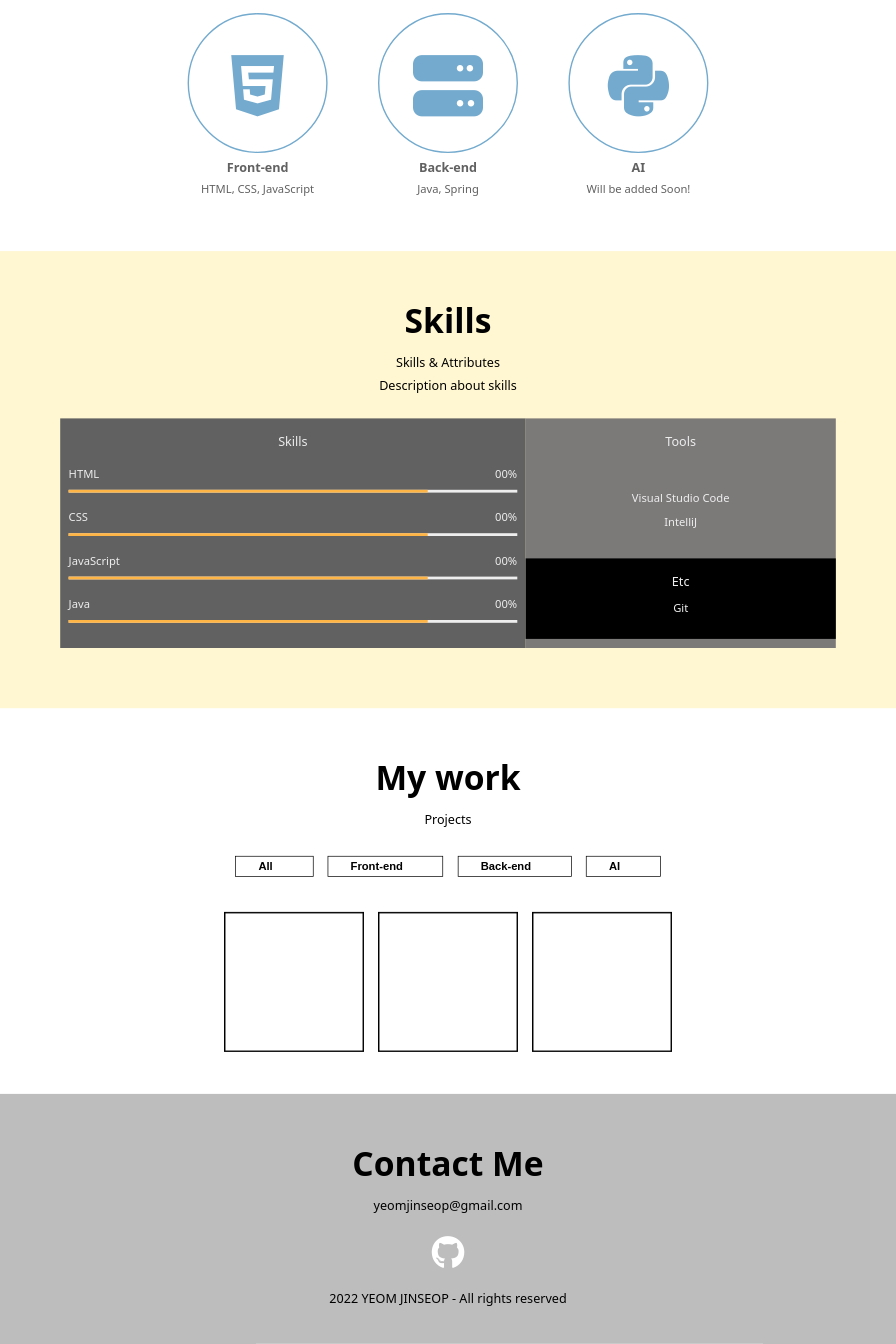
Repository: YEOMJINSEOP/yeomjinseop.github.io
Page: index.html
The author's editor kept a copy of each file at every save. The page is drawn from the files as they stood at one save, then again after the next save.
The browser window is 1280 px wide. The pictures show the part of the page from y = 804 to 2724 px (the page is 2724 px tall), at 70% of full size.
After loading, the first visible `div.work__categories` was clicked once.
Some web libraries are served in a nearby version.

Above is the page before, as saved 2022-08-15 21:30:59.

### index.html
<!DOCTYPE html>
<html lang="en">
<head>
  <meta charset="UTF-8">
  <meta http-equiv="X-UA-Compatible" content="IE=edge">
  <meta name="viewport" content="width=device-width, initial-scale=1.0">
  <title>Jinseop's Portfolio</title>
  <meta name="author" content="Jinseop Yeom">
  <meta name="description" content="Portfolio Website For Jinseop Yeom">

  <!--Logo Image-->
  <link rel="icon" type="image/png" href="images/favicon.png">


  <!--Font Awesome-->
  <script src="https://kit.fontawesome.com/d24b25bb21.js" crossorigin="anonymous"></script>

  <!--Google Fonts-->
  <link rel="preconnect" href="https://fonts.googleapis.com">
  <link rel="preconnect" href="https://fonts.gstatic.com" crossorigin>
  <link href="https://fonts.googleapis.com/css2?family=Open+Sans:wght@400;600;700&display=swap" rel="stylesheet">

  <!--CSS-->
  <link rel="stylesheet" href="style.css">

  <!--JavaScript-->
  <script src="main.js" defer></script>

</head>
<body>
  <!--Navbar-->
  <nav id="navbar">
    <div class="navbar__logo">
      <i class="fa-solid fa-utensils"></i>
      <a href="#">Yeom JinSeop</a>
    </div>
    <div>
      <ul class="navbar__menu">
        <li class="navbar__menu__item active" data-link = "#home">Home</li>
        <li class="navbar__menu__item" data-link = "#about">About</li>
        <li class="navbar__menu__item" data-link = "#skills">Skill</li>
        <li class="navbar__menu__item" data-link = "#work">My work</li>
        <li class="navbar__menu__item" data-link = "#contact">Contact</li>
      </ul>
    </div>

      <!-- Toggle button -->
  <button class="toggle__button">
    <i class="fa-solid fa-bars"></i>
  </button>
  </nav>

  <!-- Home -->
  <section id="home" class="section">
    <div class="home__container">
      <img src="/images/whileimage.png" alt="Jinseop's image" class="home__avatar">
      <h1 class="home__title">Welcome! <br/> Jinseop's Portfolio</h1>
      <h3 class="home__description">Type Home Description Here.</h3>
      <button class="home__button">Contact Me</button>
    </div>
  </section>

  <!--About-->
  <section id="about" class="section">
    <div class="section__container">
      <h1>About me</h1>
      <p>Wrtie about me here.</p>

      <div class="about__majors">

        <div class="major">
          <div class="major__icon">
            <i class="fa-brands fa-html5"></i>
          </div>
          <div class="major__title">
            Front-end
          </div>
          <div class="major__description">
            HTML, CSS, JavaScript
          </div>
        </div>

        <div class="major">
          <div class="major__icon">
            <i class="fa-solid fa-server"></i>
          </div>
          <div class="major__title">
            Back-end
          </div>
          <div class="major__description">
            Java, Spring
          </div>
        </div>


        <div class="major">
          <div class="major__icon">
            <i class="fa-brands fa-python"></i>
          </div>
          <div class="major__title">
            AI
          </div>
          <div class="major__description">
            Will be added Soon!
          </div>
        </div>

      </div>
    </div>
  </section>

  <!--Skills-->
  <section id="skills" class="section">
    <div class="section__container">
      <h1>Skills</h1>
    <h3>Skills & Attributes</h3>
    <p>Description about skills</p>
    <div class="skillset">
      <div class="skillset__left">
        <h3 class="skillset__title">Skills</h3>
        <div class="skill">
          <div class="skill__description">
            <span>HTML</span>
            <span>00%</span>
          </div>

          <div class="skill__bar">
            <div class="skill__value"></div>
          </div>
        </div>

        <div class="skill">
          <div class="skill__description">
            <span>CSS</span>
            <span>00%</span>
          </div>

          <div class="skill__bar">
            <div class="skill__value"></div>
          </div>

          <div class="skill">
            <div class="skill__description">
              <span>JavaScript</span>
              <span>00%</span>
            </div>

            <div class="skill__bar">
              <div class="skill__value"></div>
            </div>
          </div>
        </div>

        <div class="skill">
          <div class="skill__description">
            <span>Java</span>
            <span>00%</span>
          </div>

          <div class="skill__bar">
            <div class="skill__value"></div>
          </div>
        </div>
      </div>

      <div class="skillset__right">
        <div class="tools">
          <h3 class="skillset__title">Tools</h3>
          <ul class="tools__list">
            <li><span>Visual Studio Code</span></li>
            <li><span>IntelliJ</span></li>
          </ul>
        </div>

        <div class="etc">
          <h3 class="skillset__title">Etc</h3>
          <ul class="etc__list">
            <li><span>Git</span></li>
          </ul>
        </div>
      </div>
    </div>
    </div>
  </section>

  <!--Work-->
  <section id="work" class="section">
   <div class="section__container">
    <h1>My work</h1>
    <h3>Projects</h3>
    <div class="work__categories">
      <button class="category__btn" data-filter="*">All<span class="category__count">3</span></button>
      <button class="category__btn" data-filter="front-end">Front-end<span class="category__count">1</span></button>
      <button class="category__btn" data-filter="back-end">Back-end<span class="category__count">1</span></button>
      <button class="category__btn" data-filter="ai">AI<span class="category__count">1</span></button>
    </div>

    <div class="work__projects">
      <a href="#" class="project" data-type="front-end" target="blank">
        <img src="images/whileimage.png" alt="project image" class="project__image">
        <div class="project__description">
          <h3>Project Name</h3>
          <span>Description about Project</span>
        </div>
      </a>

      <a href="#" class="project" data-type="back-end" target="blank">
        <img src="images/whileimage.png" alt="project image" class="project__image">
        <div class="project__description">
          <h3>Project Name</h3>
          <span>Description about Project</span>
        </div>
      </a>

      <a href="#" class="project" data-type="ai" target="blank">
        <img src="images/whileimage.png" alt="project image" class="project__image">
        <div class="project__description">
          <h3>Project Name</h3>
          <span>Description about Project</span>
        </div>
      </a>
    </div>
   </div>
  </section>

  <!--Testimonial-->
  <!-- <section id="testimonial" class="section">
    <h1>Testimonial</h1>
    <h3>See What They Say About Me</h3>
    <div class="testimonials">
      <div class="testimonial">
        <img src="" alt="Person Image" class="testimonial__avatar">
        <div class="testimonial__speech_bubble">
          <p>Recommendation Talk Here.</p>
          <p class="name"><a href="#">Professor A</a></p>
        </div>
      </div>

      <div class="testimonial">
        <img src="" alt="Person Image" class="testimonial__avatar">
        <div class="testimonial__speech_bubble">
          <p>Recommendation Talk Here.</p>
          <p class="name"><a href="#">Professor A</a></p>
        </div>
      </div>
    </div>
  </section> -->

  <!--Contact-->
  <section id="contact" class="section">
    <h1>Contact Me</h1>
    <h3>yeomjinseop@gmail.com</h3>
    <div class="contact_links">
      <a href="https://github.com/YEOMJINSEOP" target="blank">
        <i class = "fab fa-github"></i>
      </a>
    </div>
    <p class="contact_rights">
      2022 YEOM JINSEOP - All rights reserved
    </p>
  </section>

  <!-- Arrow-up Button -->
  <button class="arrow_up">
    <i class="fa-solid fa-arrow-up"></i>
  </button>
</body>
</html>

### style.css
 /* Global */

 :root{
  /* Color */
  --color-white: #ffffff;
  --color-light-white: #eeeeee;
  --color-dark-white: #bdbdbd;
  --color-pink: #fe918d;
  --color-dark-pink: #ff6863;
  --color-deep-pink: #FF8ACA;
  --color-black: #4d4d4d;
  --color-grey: #616161;
  --color-light-gray: #7c7979;
  --color-blue: #73aace;
  --color-yellow: #fff7d1;
  --color-light-yellow: #FBFAE2;
  --color-orange: #feb546;
  --color-black: #000000;
  --color-yellow-green: #BEEBA9;
  --color-sky-blue: #A9D7EB;
  --color-deep-blue: #4280EB;
  --color-dark-deep-blue: #627BA3;

  /* Font size */
  --font-large: 48px;
  --font-medium: 28px;
  --font-regular: 18px;
  --font-small: 16px;
  --font-micro: 14px;


  /* Font Weight */
  --weight-bold: 700;
  --weight-semi-bold: 600;
  --weight-regular: 400;

  /* Size */
  --size-border-radius: 4px;

  /* Animation */
  --animation-duration: 300ms;

 }

 /* Universal tages */
 * {
  box-sizing: border-box;
 }

 body{
  margin: 0;
  font-family:system-ui, -apple-system, BlinkMacSystemFont, 'Segoe UI', Roboto, Oxygen, Ubuntu, Cantarell, 'Open Sans', 'Helvetica Neue', sans-serif;
  cursor: default;
}

 a{
  text-decoration: none;
  color: var(--color-white);
 }

 ul{
  list-style: none;
  padding-left: 0;
 }

 button{
  background-color: transparent;
  border: none;
  cursor: pointer;
 }



 /* Typography */

 h1{
  font-size: var(--font-large);
  font-weight: var(--weight-bold);
  color: var(--color-black);
  margin: 16px 0;
 }

 h2{
  font-size: var(--font-medium);
  font-weight: var(--weight-semi-bold);
  color: var(--color-black);
  margin: 8px 0;
 }

 h3{
  font-size: var(--font-regular);
  font-weight: var(--weight-regular);
  color: var(--color-black);
  margin: 8px 0;
 }

 p{
  font-size: var(--font-regular);
  font-weight:  var(--font-regular);
  color: var(--color-black);
  margin: 4px 0;
 }

 /* Body  */

 /* Nav */
 #navbar{
  display: flex;
  position: fixed;
  width: 100%;
  justify-content: space-between;
  align-items: center;
  background-color: transparent;
  color: var(--color-white);
  padding: 2px;
  transition: all var(--animation-duration) ease-in-out;
  z-index: 1;
 }

 #navbar.navbar__dark{
  background-color: var(--color-deep-blue);
 }

 .navbar__logo{
  font-size: var(--font-medium);
  font-weight: var(--weight-semi-bold);
  padding: 8px 12px;
 }

 .navbar__menu{
  display: flex;
  font-size: var(--font-small);
  font-weight: var(--weight-regular);
 }

 .navbar__menu__item.active{
  border: 1px solid white;
 }

 .navbar__menu__item{
  padding: 8px 12px;
  margin: 0 4px;
  border-radius: var(--size-border-radius);
  cursor: pointer;
 }

 .navbar__menu__item:hover{
  background-color: var(--color-dark-deep-blue);
 }

 /* Home */

 #home{
  background-color: var(--color-sky-blue);
  background-position: center;
  background-repeat: no-repeat;
  background-size: cover;
  padding-top: 150px;
  text-align: center;
 }

 .home__avatar{
  border: 2px solid var(--color-white);
  border-radius: 50%;
  width: 200px;
  height: 200px;
 }

 .home__title,
 .home__description{
  font-size: var(--font-medium);
  color: var(--color-white);
  padding: 4px;
 }

 .home__button{
  border: 1px solid var(--color-white);
  padding: 8px 12px;
  margin-top: 8px;
  color: var(--color-white);
 }

.home__button:hover{
  background-color: var(--color-deep-blue);
}

/* Section Common */
.section{
  padding: 50px;
  text-align: center;
}

.section__contatiner{
  max-width: 1200px;
}

/* About */

.about__majors{
  display: flex;
  justify-content: center;
  margin: 8px 12px;
  padding: 12px;
}

.major{
  margin: 8px 24px;
}

.major__icon{
  height: 200px;
  width: 200px;
  font-size: 100px;
  line-height: 200px;
  border: 2px solid var(--color-blue);
  border-radius: 50%;
  color: var(--color-blue);
  margin: 8px 12px;
  transition: all var(--animation-duration) linear;
}

.major__icon:hover{
  color: var(--color-orange);
  border-color: var(--color-orange);
}

.major__icon:hover i{
  transform: scale(120%);
}


.major__title {
  font-size: var(--font-regular);
  font-weight: var(--weight-semi-bold);
  color:var(--color-grey);
  margin: 8px;;
}

.major__description{
  font-size: var(--font-small);
  color: var(--color-grey);
}

.about__jobs{
  margin: 12px 0;
}

.job{
  display: flex;
  align-items: center;
}

.job__logo{
  padding: 8px;
  margin: 4px 12px;
}

.job__name{
  font-size: var(--font-small);
}

.job__description{
  font-size: var(--font-micro);
}

/* Skill */

#skills{
  background-color: var(--color-yellow);
}
.skillset{
  display: flex;
  justify-content: center;
  margin: 12px 12px;
  padding: 24px;
  color: var(--color-light-white);
}

.skillset__left{
  padding: 12px;
  flex-basis: 60%;
  background-color: var(--color-grey);
}

.skill{
  margin: 24px 0;
}

.skill__description{
  display: flex;
  justify-content: space-between;
}

.skillset__title{
  color: var(--color-light-white);
  margin: 8px 0;
}

.skill__bar{
  width: 100%;
  height: 4px;
  background-color: var(--color-light-white);
  margin: 12px 0;
}

.skill__value{
  width: 80%;
  /* width는 html에 style로 넣어서 각각 지정하기! */
  height: 4px;
  background-color: var(--color-orange);
}


.skillset__right{
  flex-basis:40%;
  background-color: var(--color-light-gray);
}

.tools{
  padding: 12px;
  height:200px;
}

.tools__list{
  padding: 30px 0;
}

.tools__list li{
  margin: 12px;
}


.etc{
  background-color: var(--color-black);
  height: 115px;
  padding: 12px;
}

/* Work */

.work__categories{
  margin: 24px 0 ;
  padding: 12px 0;
}

.category__btn{
  border: 1px solid var(--color-black);
  background-color: var(--color-white);
  padding: 4px 32px;
  margin: 4px 8px;
  font-size: var(--font-small);
  font-weight: var(--weight-semi-bold);
}

.category__btn:hover {
  background-color: var(--color-light-white);
}

.category__btn:hover .category__count{
  opacity: 1;
  transform: translateY(0);
}

.category__count{
  width:  20px;
  height: 20px;
  line-height: 20px;
  color: var(--color-white);
  margin-left: 5px;
  background-color: var(--color-orange);
  display: inline-block;
  border-radius: 50%;
  opacity: 0;
  transition: all var(--animation-duration) ease-in;
  transform: translateY(-10px);
}

.work__projects{
  display: flex;
  flex-wrap:wrap;
  align-items: center;
  justify-content: center;
}

.work__project.anim-out{
  opacity: 0;
  transform: scale(0.96) translateY(40px);
}

.project__image{
  width: 100%;
  height: 100%;
}

.project{
  position: relative;
  width: 200px;
  height: 200px;
  margin: 10px;
}

.project.invisible{
  display: none;
}

.project__description{
  position: absolute;
  top:0px;
  left:0px;
  background-color: var(--color-grey);
  width: 100%;
  height: 100%;
  display: flex;
  flex-direction: column;
  justify-content: center;
  opacity: 0;
  transition: all var(--animation-duration) ease-in;
  transform: translateY(-10px);
}

.project__description h3{
  color: var(--color-white);
}

.project__description h3:after{
  content: " ";
  display: block;
  position: relative;
  left: 50%;
  width: 20px;
  height: 2px;
  margin-top: 8px;
  margin-left: -8px;
  background-color: var(--color-white);
}

.project__description:hover{
  opacity: 0.8;
  transform: translateY(0);
}

/* Contact */

#contact{
  background-color: var(--color-dark-white);
}

.contact_links{
  padding: 24px 0;
}

.contact_links i{
  font-size: var(--font-large);
  color: var(--color-white);

}

.contact_links i:hover{
  color: var(--color-yellow);
  transform: scale(120%);
}

.toggle__button{
  position: absolute;
  top: 12px;
  right: 36px;
  font-size: var(--font-medium);
  color: var(--color-white);
  display: none;
}

/* Arrow-up Button */
.arrow_up{
  width: 40px;
  height: 40px;
  font-size: var(--font-regular);
  color: var(--color-white);
  border-radius: 50%;
  background-color: var(--color-deep-blue);
  position: fixed;
  top: 90%;
  left: 93%;
  opacity: 0;
  pointer-events: none;
  transition: opacity var(--animation-duration) linear;
}

.arrow_up.visible{
  opacity: 1;
  pointer-events: auto;
}

@media screen and (max-width: 768px) {
  #navbar{
    display: flex;
    flex-direction: column;
  }

  .toggle__button{
    display: block;
  }

  .navbar__menu{
    width: 100%;
    display: None;
  }

  .about__majors{
    display: flex;
    flex-direction: column;
    align-items: center;
  }
  .major{
    margin: 0;
    margin-bottom: 48px;
  }

  .skillset{
    display: flex;
    flex-direction: column;
  }
}

### main.js
'use strict';

// Make navvar transparent when it is on the top.

const navbar = document.querySelector('#navbar');
const navbarHeight = navbar.getBoundingClientRect().height;

document.addEventListener('scroll', () => {
    if(scrollY > navbarHeight){
      navbar.classList.add('navbar__dark');
    } else {
      navbar.classList.remove('navbar__dark');
    }
  })

// Handle scrolling when tap the navbar menu.
const navbarMenu = document.querySelector('.navbar__menu');

navbarMenu.addEventListener('click', (event) => {

  const target = event.target
  const targetLink = event.target.dataset.link;

  if(targetLink == null){
    return;
  } else {
    scrollIntoView(targetLink);
  }
})

// Handle scrolling when tap the contact me button.

const homeButton = document.querySelector('.home__button');

homeButton.addEventListener('click', () => {
  scrollIntoView('#contact');
})


// Make transparent home when scrolling

const home = document.querySelector('#home');
const homeContainer = document.querySelector('.home__container');
const homeHeight = home.getBoundingClientRect().height;
document.addEventListener('scroll', () => {
  homeContainer.style.opacity = 1 - window.scrollY/homeHeight;
})

// Arrow-up Button
// Visible when Scrolled Down
document.addEventListener('scroll', () => {
  if(window.scrollY > homeHeight/2){
    arrowUpBtn.classList.add('visible');
  } else{
    arrowUpBtn.classList.remove('visible');
  }
})

// Scrolling Top When Clicked.
const arrowUpBtn = document.querySelector('.arrow_up');
arrowUpBtn.addEventListener('click', () => {
  window.scrollTo({
    top: 0,
    left: 0,
    behavior: 'smooth'});
})

// Project Filtering when button clicked
const projectBtnContainer = document.querySelector('.work__categories');
const projectContainer = document.querySelector('.work__projects');
const projects = document.querySelectorAll('.project');

projectBtnContainer.addEventListener('click', (e) => {
  const filter = e.target.dataset.filter || e.target.parentNode.dataset.filter;

  projectContainer.classList.add('anim-out');

  projects.forEach((project) => {
    if(filter == null){
      return;
    }
    if(filter === '*' || filter === project.dataset.type){
      project.classList.remove('invisible');
    } else{
      project.classList.add('invisible');
    }

  })
})





//Functions

After the next save:
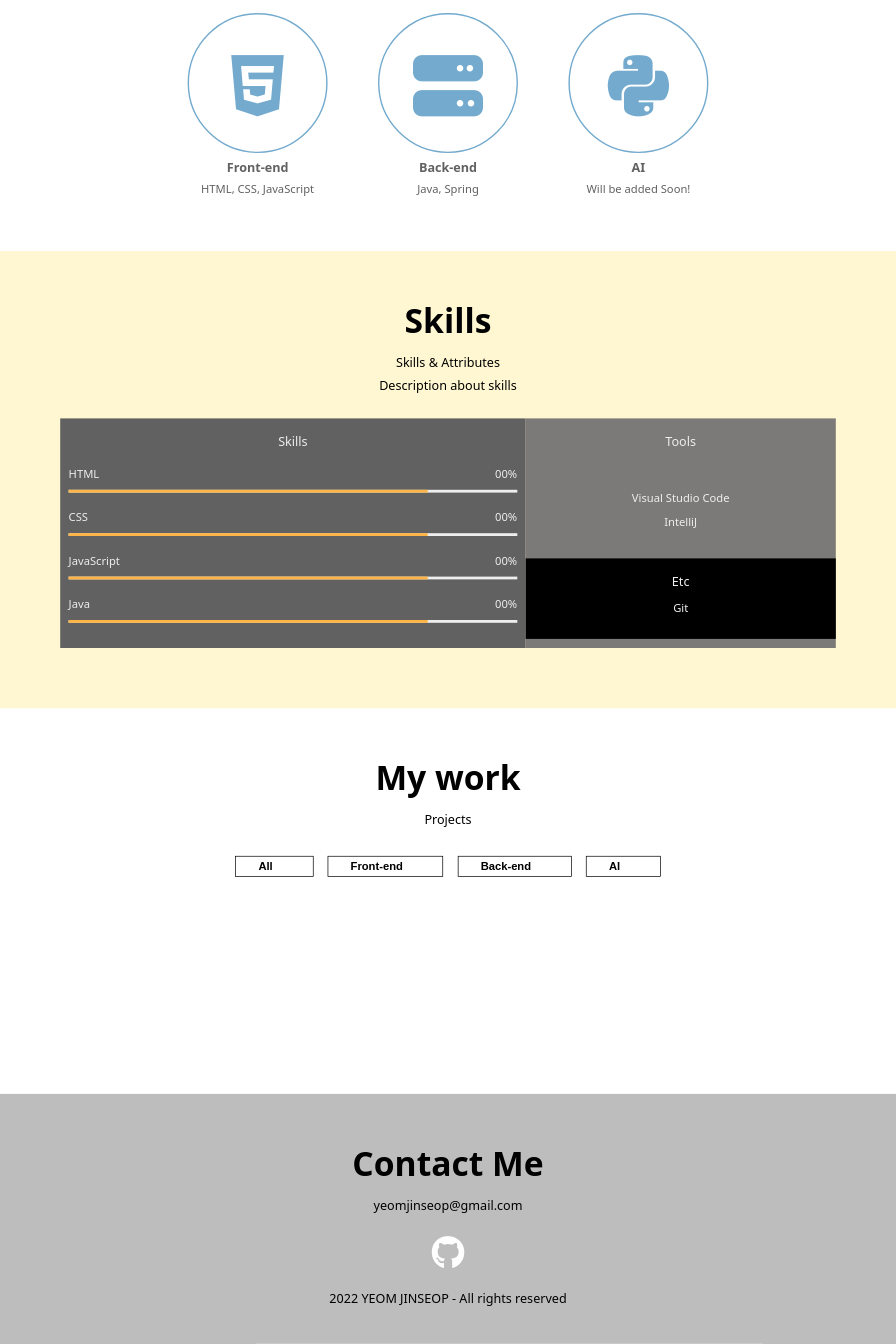
Saved 19 s later.
--- a/style.css
+++ b/style.css
@@ -382,7 +382,7 @@
   justify-content: center;
 }
 
-.work__project.anim-out{
+.work__projects.anim-out{
   opacity: 0;
   transform: scale(0.96) translateY(40px);
 }

After the 2 saves that followed:
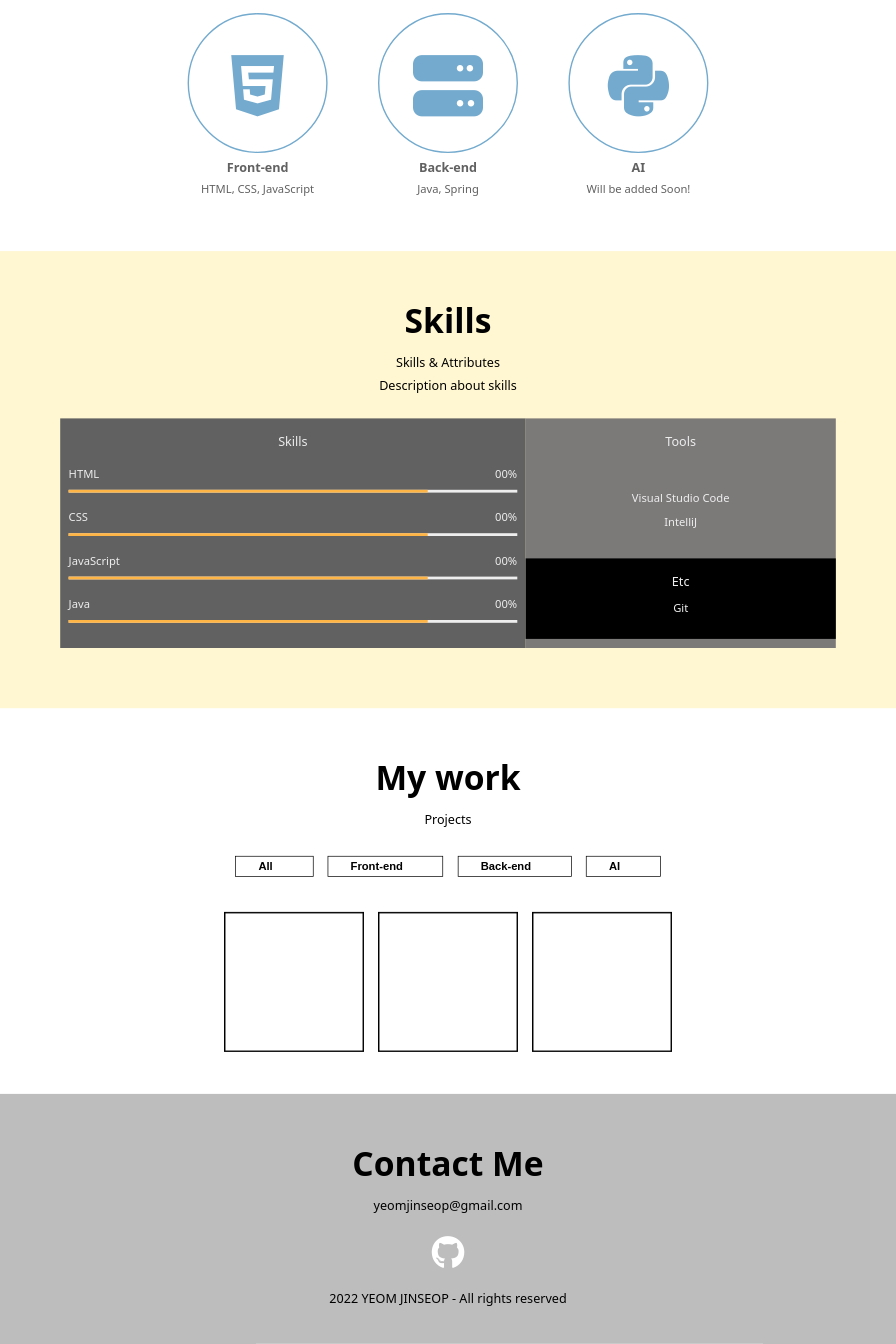
The 2 saves are shown as one change because 1 left the picture as it was.
The last was saved 67 s later.
--- a/style.css
+++ b/style.css
@@ -380,6 +380,8 @@
   flex-wrap:wrap;
   align-items: center;
   justify-content: center;
+  opacity: 1;
+  transition: all var(--animation-duration) ease-out;
 }
 
 .work__projects.anim-out{
--- a/main.js
+++ b/main.js
@@ -86,6 +86,10 @@ projectBtnContainer.addEventListener('click', (e) => {
     }
 
   })
+
+  setTimeout(()=>{
+    projectContainer.classList.remove('anim-out');
+  }, 300)
 })
 
 
